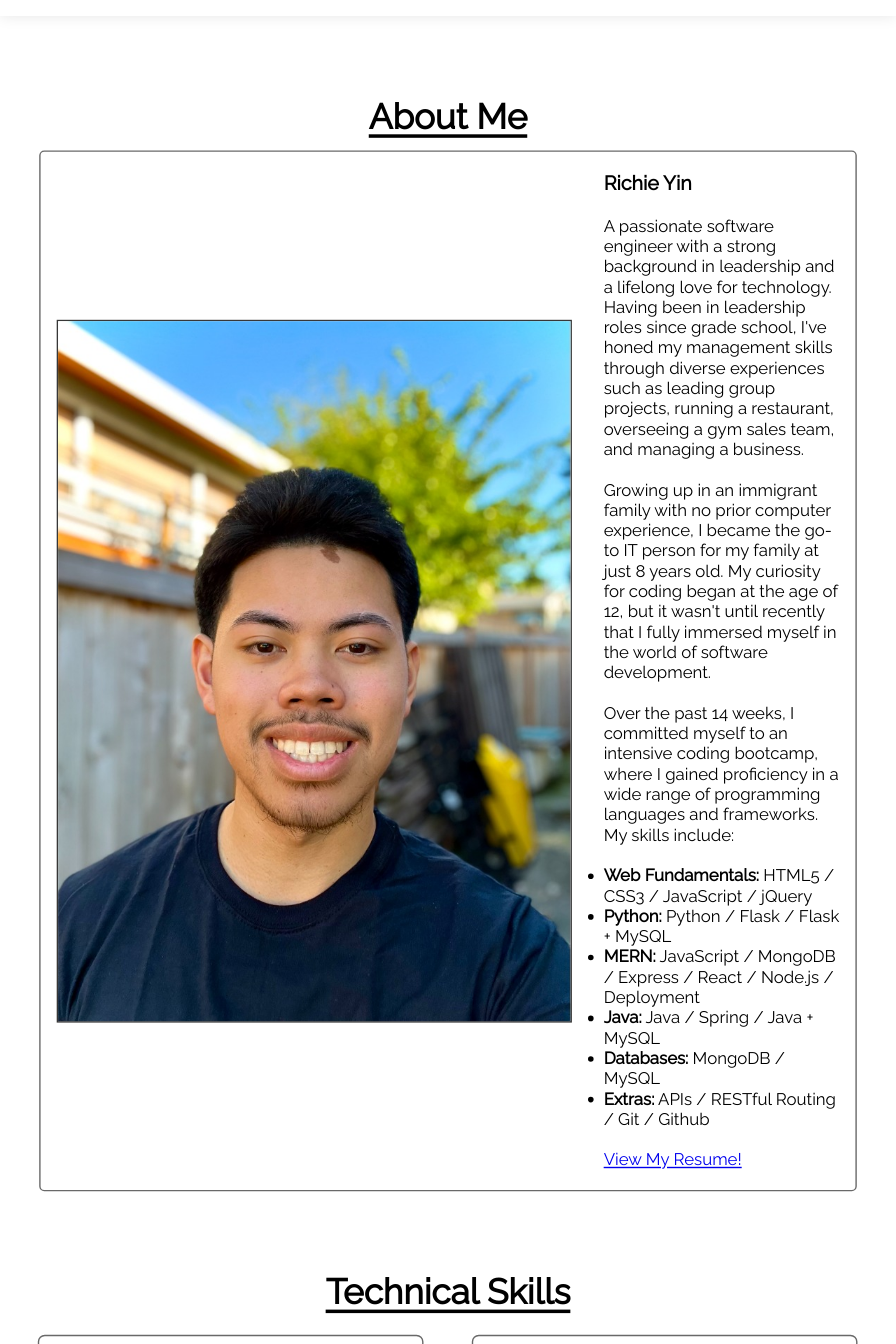
Repository: RICHIE-YIN/Personal-Portfolio
Page: index.html
An editor plug-in stored every save of this project. The page is shown before and after the next save, followed by the edit.
The browser window is 1280 px wide. The pictures show the part of the page from y = 697 to 2617 px (the page is 4161 px tall before and 3958 px after), at 70% of full size.
Some web fonts or font styles are not loaded; a fallback is used.

Above is the page before, as saved 2023-06-12 17:37:33.
Console error: ReferenceError: $ is not defined

After the next save:
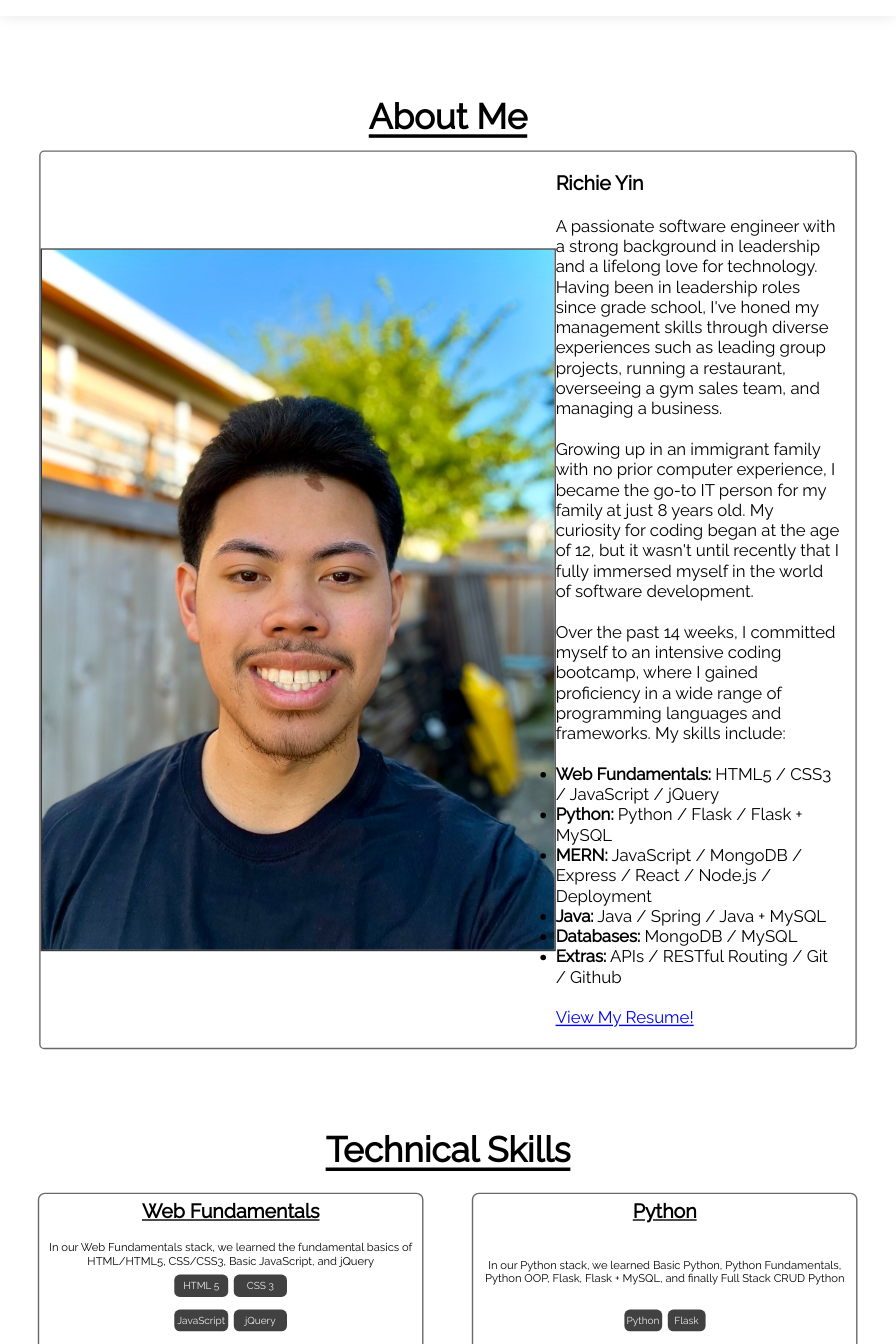
Saved 39 s later.
--- a/styles.css
+++ b/styles.css
@@ -138,8 +138,9 @@ display: none;
 .profile-content img {
     max-width: 100%;
     height: auto;
-    margin-right: 4%;
-    margin-left: 2%;
+    margin: 0 auto;
+    /* margin-right: 4%; */
+    /* margin-left: 2%; */
     border: #373737 solid 2px;
 }
 
